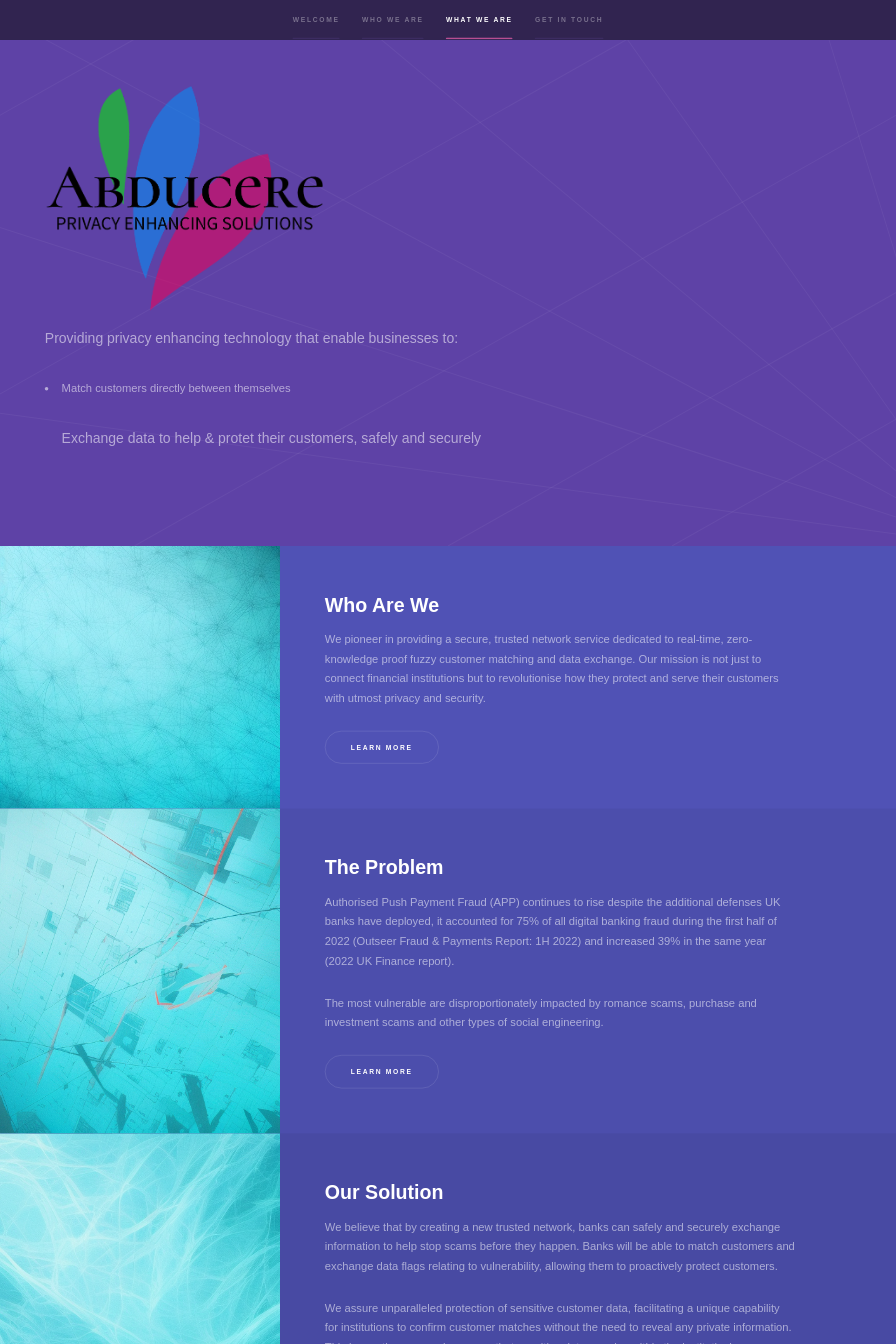
Repository: nocnoc94/nocnoc94.github.io
Page: index.html
These files come from the project's save history. The page is drawn as it stood at one moment and after a run of saves; the edit follows.
The browser window is 1280 px wide. The pictures show the part of the page from y = 0 to 1920 px (the page is 4607 px tall before and 4567 px after), at 70% of full size.

Above is the page before, as saved 2024-02-23 16:31:54.

### index.html
<!DOCTYPE HTML>
<html>

<head>
	<title>Abducere</title>
	<meta charset="utf-8" />
	<meta name="viewport" content="width=device-width, initial-scale=1, user-scalable=no" />
	<link rel="stylesheet" href="/static/css/main.css" />
	<noscript>
		<link rel="stylesheet" href="/static/css/noscript.css" />
	</noscript>
</head>

<body class="is-preload">

	<!-- Sidebar -->
	<section id="sidebar">
		<div class="inner">
			<nav>
				<ul>
					<li><a href="#intro">Welcome</a></li>
					<li><a href="#one">Who we are</a></li>
					<li><a href="#two">What we are</a></li>
					<li><a href="#three">Get in touch</a></li>
				</ul>
			</nav>
		</div>
	</section>

	<!-- Wrapper -->
	<div id="wrapper">

		<!-- Intro -->
		<section id="intro" class="wrapper style1 fullscreen fade-up">
			<div class="inner">
				<a id="introLogo" class="image"><img src="/static/images/abducere-logo-1.png" alt=""
						data-position="left left" /></a>
				<!-- <h1>Abducere</h1> -->
				<p id="introText">Providing privacy enhancing technology that enable businesses to: </p>
				<ul>
					<li id="introText">Match customers directly between themselves</p>
					<p id="introText">Exchange data to help & protet their customers, safely and securely</p>
				</ul>
				<ul class="actions">
					<li></li>
				</ul>
			</div>
		</section>

		<!-- One -->
		<section id="one" class="wrapper style2 spotlights">
			<section>
				<a class="image"><img src="/static/images/SD1.png" alt="" data-position="center center" /></a>
				<div class="content">
					<div class="inner">
						<h2>Who Are We</h2>
						<p>We pioneer in providing a secure, trusted network service dedicated to real-time,
							zero-knowledge proof fuzzy customer matching and data exchange. Our mission is not just to
							connect financial institutions but to revolutionise how they protect and serve their
							customers with utmost privacy and security.
						</p>
						<ul class="actions">
							<li><a href="who-we-are.html" class="button">Learn more</a></li>
						</ul>
					</div>
				</div>
			</section>
			<section>
				<a class="image"><img src="/static/images/SD2.png" alt="" data-position="top center" /></a>
				<div class="content">
					<div class="inner">
						<h2>The Problem</h2>
						<p>Authorised Push Payment Fraud (APP) continues to rise
							despite the additional defenses UK banks have deployed, it accounted for 75% of all digital
							banking fraud during the first half of 2022 (Outseer Fraud & Payments Report: 1H 2022) and
							increased 39%
							in the same year (2022 UK Finance report).</p>
						<p>The most vulnerable are
							disproportionately impacted by romance scams, purchase and investment
							scams and other types of social engineering.&nbsp; <br></p>
						<ul class="actions">
							<li><a href="the-problem.html" class="button">Learn more</a></li>
						</ul>
					</div>
				</div>
			</section>
			<section>
				<a class="image"><img src="/static/images/SD3.png" alt="" data-position="25% 25%" /></a>
				<div class="content">
					<div class="inner">
						<h2>Our Solution</h2>
						<p>We believe that by creating a new trusted network, banks can
							safely and securely exchange information to help stop scams before they
							happen. Banks will be able to match customers and exchange data flags
							relating to vulnerability, allowing them to proactively protect
							customers.</p>
						<p>We assure unparalleled protection of sensitive customer data, facilitating a unique
							capability for institutions to confirm customer matches without the need to reveal any
							private information. This innovative approach ensures that sensitive data remains within the
							institution's secure network, effectively mitigating data protection risks and safeguarding
							customer privacy like never before.</p>
						<ul class="actions">
							<li><a href="our-solution.html" class="button">Learn more</a></li>
						</ul>
					</div>
				</div>
			</section>
		</section>

		<!-- Two -->
		<section id="two" class="wrapper style3 fade-up">
			<div class="inner">
				<h2>What We Are</h2>
				<p>Our privacy-by-design software enables direct peer-to-peer customer matching and information exchange
					between organisations.</p>
				<div class="features">
					<section>
						<span class="icon solid major fa-circle-nodes"></span>
						<h3>Distributed</h3>
						<p>We create a peer-to-peer network of organisations which allow them to exchange
							information through cloud based services and distributed event streaming
							technology.</p>
					</section>
					<section>
						<span class="icon solid major fa-lock"></span>
						<h3>Private</h3>
						<p>Clients get full assurance that sensitive customer data is
							better protected than ever before, allowing them to prove they have the
							same customer without disclosing any private data, because sensitive data never leaves their
							network, thereby reducing GDPR risks. We
							do this through our proprietary zero knowledge proof matching
							algorithms.</p>
					</section>
					<section>
						<span class="icon solid major fa-magnifying-glass"></span>
						<h3>Auditable</h3>
						<p>The logic used to determine a customer match across the network is fully traceable and
							auditable. Due to our industry leading customer matching model, we can easily audit the
							decisions at each
							node making it possible to track how a match was made. This is important for compliance with
							regulations that require explainability of automated decisions.</p>
					</section>
					<section>
						<span class="icon solid major fa-brain"></span>
						<h3>Intelligent</h3>
						<p>Our proprietary zero knowledge proof fuzzy matching algorithms are at the heart of our
							service, designed to securely and accurately match customer data across financial
							institutions, despite common challenges such as linguistic variations in names, outdated
							contact details, and inconsistently populated fields.</p>
					</section>
					<section>
						<span class="icon solid major fa-bolt-lightning"></span>
						<h3>Fast</h3>
						<p>We use the latest cutting edge technology and design
							paradigms in order to provide the fastest concurrent exchange of information
							possible, while being highly scalable.</p>
					</section>
					<section>
						<span class="icon solid major fa-award"></span>
						<h3>Validated</h3>
						<p>Our prototype was used successfully by banks in an 2019 FCA
							TechSprint, sponsored by the Financial Regulatory Authority. We worked
							with 5 banks, to help exchange data to spot anomalies across a network.</p>
						<p>We have also worked closely with EY in their 2023 Innovation Lab where we rigorously tested
							our product and tailored it to real world needs faced by the industry</p>
					</section>
				</div>
				<ul class="actions">
					<li></li>
				</ul>
			</div>
		</section>

		<!-- Three -->
		<section id="collaborators" class="wrapper style1-alt">
			<div class="inner">
				<h2 class="major"> In collaboration with</h2>
				<div class="collab-container">
					<a class="collabLogo image"><img src="/static/images/EY-logo.png" alt=""
							data-position="center center" /></a>
					<a class="collabLogo image"><img src="/static/images/FCA-logo.png" alt=""
							data-position="center center" /></a>
					<a class="collabLogo image"><img src="/static/images/Stop-Scams-UK-logo.webp" alt=""
							data-position="center center" /></a>
				</div>
			</div>
		</section>

		<!-- Four -->
		<section id="three" class="wrapper style1 fade-up">
			<div class="inner">
				<h2>Get in touch</h2>
				<p>Feel free to get in touch or to book a demo</p>
				<div class="split style1">
					<section>
						<form method="post" action="#">
							<div class="fields">
								<div class="field half">
									<label for="name">Name</label>
									<input type="text" name="name" id="name" />
								</div>
								<div class="field half">
									<label for="email">Email</label>
									<input type="text" name="email" id="email" />
								</div>
								<div class="field">
									<label for="message">Message</label>
									<textarea name="message" id="message" rows="5"></textarea>
								</div>
							</div>
							<ul class="actions">
								<li><a href="" class="button submit">Send Message</a></li>
							</ul>
						</form>
					</section>
					<section>
						<ul class="contact">
							<li>
								<h3>Email</h3>
								<a href="#">information@abducere.com</a>
							</li>
							<li>
								<h3>Social</h3>
								<ul class="icons">
									<li><a href="#" class="icon brands fa-twitter"><span
												class="label">Twitter</span></a></li>
									<li><a href="#" class="icon brands fa-facebook-f"><span
												class="label">Facebook</span></a></li>
									<li><a href="#" class="icon brands fa-github"><span class="label">GitHub</span></a>
									</li>
									<li><a href="#" class="icon brands fa-instagram"><span
												class="label">Instagram</span></a></li>
									<li><a href="#" class="icon brands fa-linkedin-in"><span
												class="label">LinkedIn</span></a></li>
								</ul>
							</li>
						</ul>
					</section>
				</div>
			</div>
		</section>

	</div>

	<!-- Footer -->
	<footer id="footer" class="wrapper style1-alt">
		<div class="inner">
			<ul class="menu">
				<li>&copy; Abducere. All rights reserved</li>
			</ul>
		</div>
	</footer>

	<!-- Scripts -->
	<script src="/static/js/jquery.min.js"></script>
	<script src="/static/js/jquery.scrollex.min.js"></script>
	<script src="/static/js/jquery.scrolly.min.js"></script>
	<script src="/static/js/browser.min.js"></script>
	<script src="/static/js/breakpoints.min.js"></script>
	<script src="/static/js/util.js"></script>
	<script src="/static/js/main.js"></script>

</body>

</html>

Loaded but not shown: static/css/fontawesome-all.min.css (library); static/js/jquery.min.js (library); static/js/jquery.scrollex.min.js (common file); static/js/jquery.scrolly.min.js (common file); static/js/browser.min.js (common file); static/js/breakpoints.min.js (common file); static/js/util.js (587 lines, source omitted); static/js/main.js (190 lines, source omitted); static/css/main.css (4007 lines, source omitted)

After the next 2 saves:
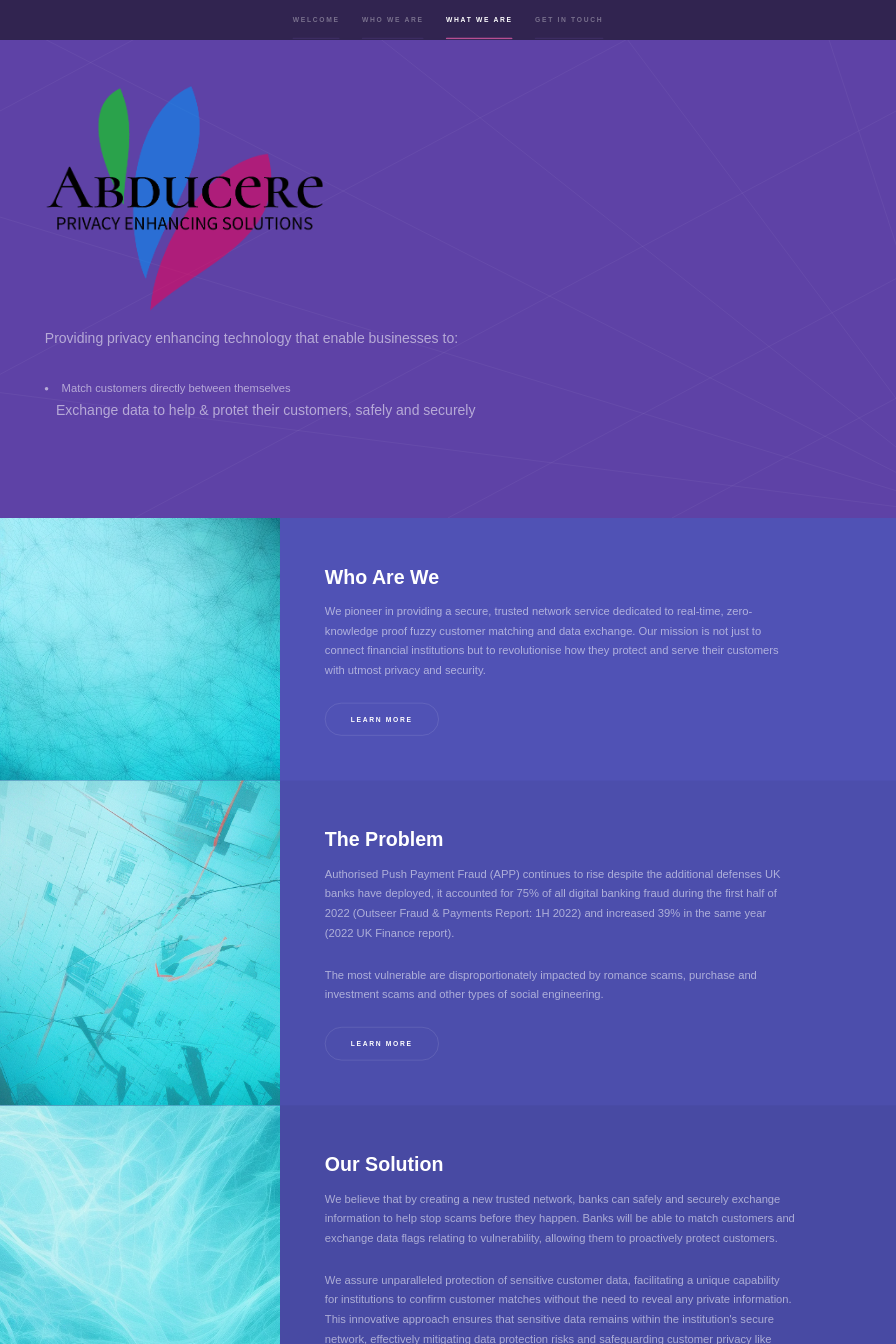
The 2 saves are shown as one change because they came seconds apart.
The last was saved 7 s later.
--- a/index.html
+++ b/index.html
@@ -38,7 +38,7 @@
 				<!-- <h1>Abducere</h1> -->
 				<p id="introText">Providing privacy enhancing technology that enable businesses to: </p>
 				<ul>
-					<li id="introText">Match customers directly between themselves</p>
+					<li id="introText">Match customers directly between themselves</li>
 					<p id="introText">Exchange data to help & protet their customers, safely and securely</p>
 				</ul>
 				<ul class="actions">
